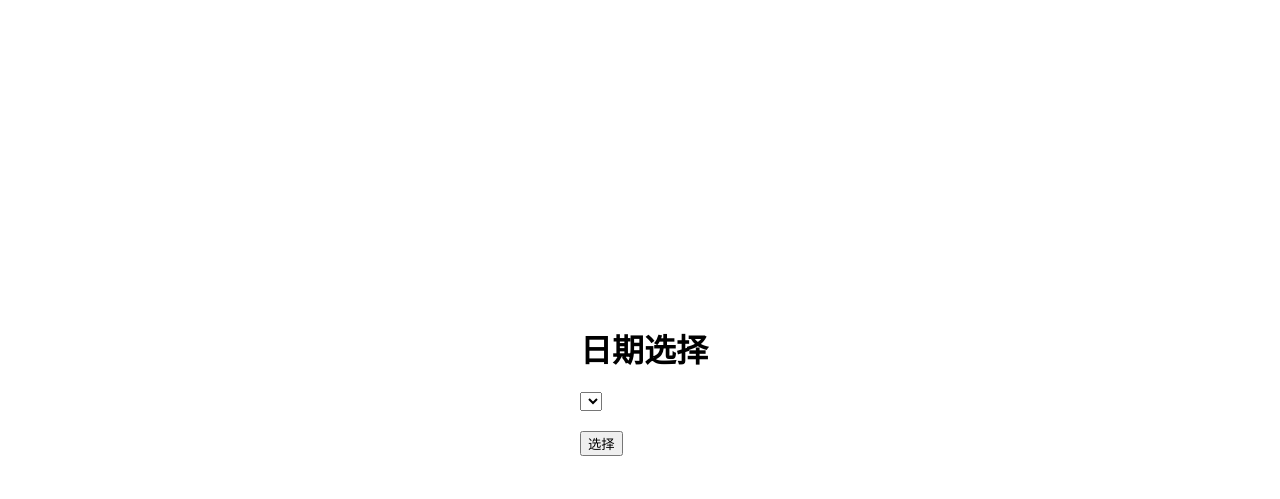
Repository: yz990219/InfectStatisticWeb
Page: http://localhost/MyInfectStatisticWeb/dateChoose.jsp
These files come from the project's save history. The page is drawn as it stood at one moment and after the next save; the edit follows.
The browser window is 1280 px wide. The pictures show the whole page.
The page is served by Tomcat 9.

Above is the page before, as saved 2020-03-13 14:29:08.

After the next save:
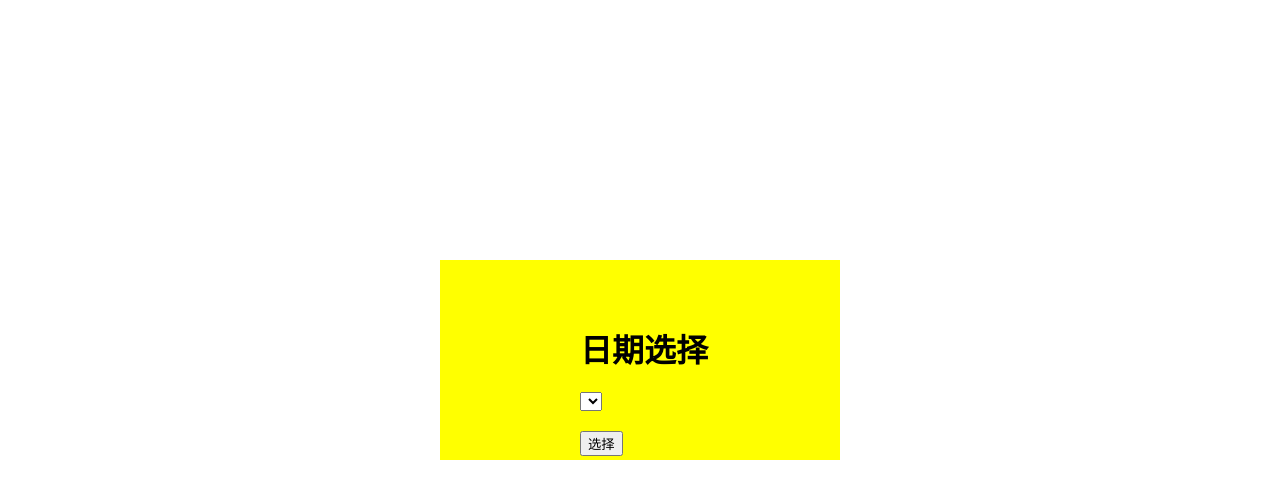
Saved 31 s later.
--- a/MyInfectStatisticWeb/WebContent/css/datechoose.css
+++ b/MyInfectStatisticWeb/WebContent/css/datechoose.css
@@ -1,5 +1,6 @@
 @charset "UTF-8";
 .datechoose {
+	background:#ffff00;
 	background-image:url(img/原型设计1.png) no-repeat 5px 5px;
     width: 400px;
     height: 200px;

After the 2 saves that followed:
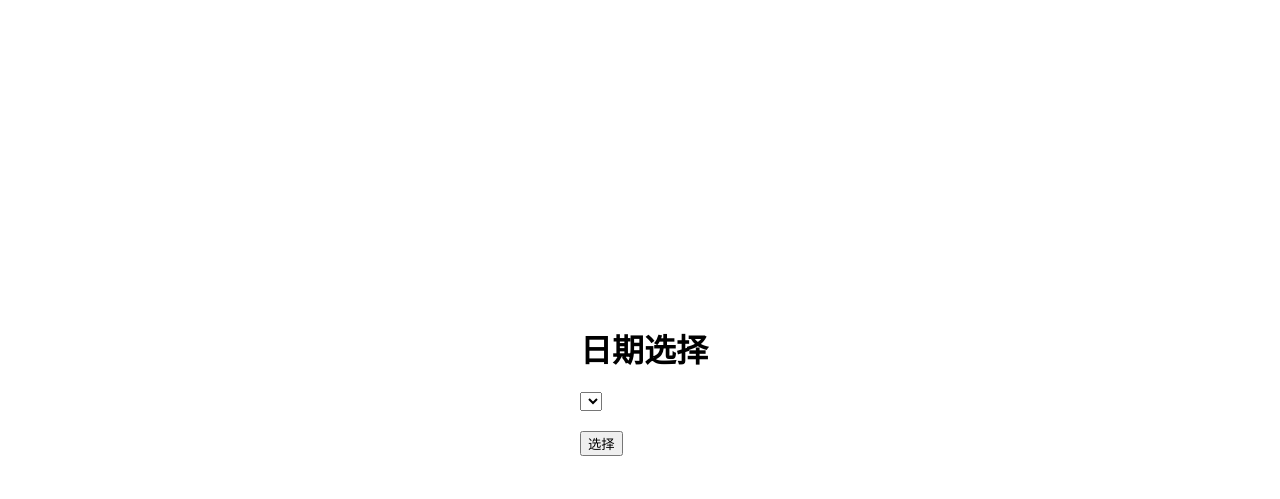
The 2 saves are shown as one change because 1 left the picture as it was.
The last was saved 3 min 34 s later.
--- a/MyInfectStatisticWeb/WebContent/css/datechoose.css
+++ b/MyInfectStatisticWeb/WebContent/css/datechoose.css
@@ -1,7 +1,6 @@
 @charset "UTF-8";
 .datechoose {
-	background:#ffff00;
-	background-image:url(img/原型设计1.png) no-repeat 5px 5px;
+	background-image:url(img/backgroundimg.png) no-repeat 5px 5px;
     width: 400px;
     height: 200px;
     position: fixed;
